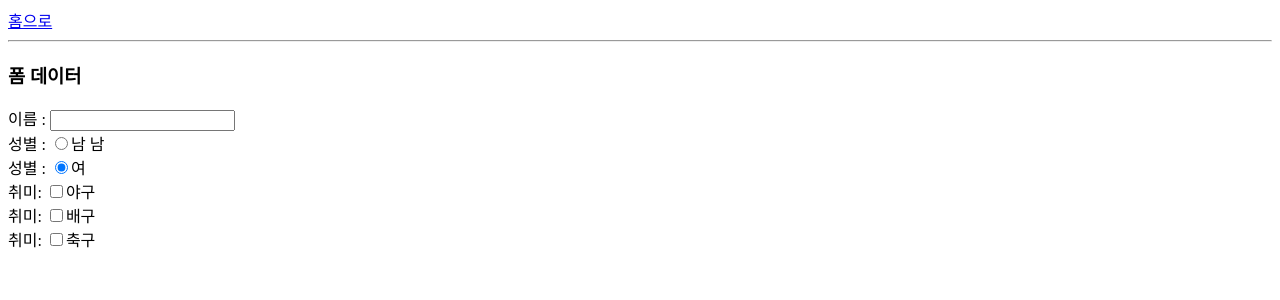
Repository: hyewoon/web
Page: http://localhost/servlet04/parameter/form_data.jsp
An editor plug-in stored every save of this project. The page is shown before and after the next save, followed by the edit.
The browser window is 1280 px wide. The pictures show the whole page.
The page is served by Tomcat 9.

Above is the page before, as saved 2022-11-17 05:13:13.

After the next save:
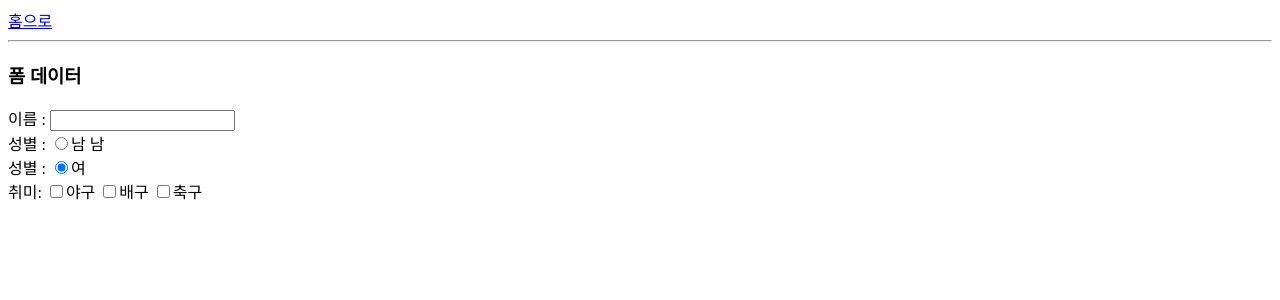
Saved 65 s later.
--- a/servlet04/src/main/webapp/parameter/form_data.jsp
+++ b/servlet04/src/main/webapp/parameter/form_data.jsp
@@ -10,15 +10,16 @@
 <div><a href = '../'>홈으로</a></div>
 <hr>
 <h3>폼 데이터</h3>
+
 <!--  -->
 <div>이름 : <input type ='text', name = 'name'></div>
 <div>성별 : <input type ='radio', name = 'gender'
 				value = '남' id ='male' >남 <label>남</label>
 			<div>성별 : <label><input type ='radio', name = 'gender'
 			value = '여' checked>여</label>
-	<div>취미: <input type = "checkbox" name ='sports' value ='야구'>야구
-	<div>취미: <input type = "checkbox" name ='sports' value ='배구'>배구
-	<div>취미: <input type = "checkbox" name ='sports' value ='축구'>축구
+<div>취미: <label><input type = "checkbox" name ='sports' value ='야구'>야구</label>
+		 <label><input type = "checkbox" name ='sports' value ='배구'>배구</label>
+		 <label><input type = "checkbox" name ='sports' value ='축구'>축구</label>
 
 
 	</div>
